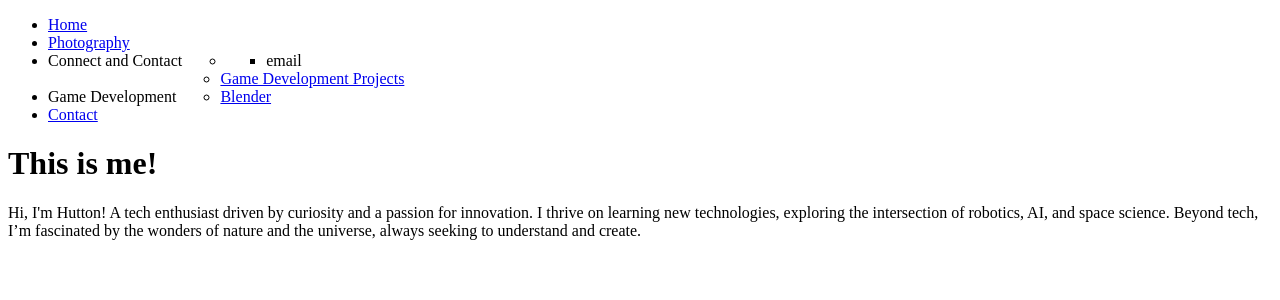
Repository: Argivist/ArgPortfolio
Page: index.html
An editor plug-in stored every save of this project. The page is shown before and after the next save, followed by the edit.
The browser window is 1280 px wide. The pictures show the whole page.

Above is the page before, as saved 2025-03-28 14:43:50.

### index.html
<!DOCTYPE html>
<html lang="en">

<head>
    <meta charset="UTF-8">
    <meta name="viewport" content="width=device-width, initial-scale=1.0">
    <link rel="stylesheet" href="css/styles.css">
    <link rel="stylesheet" href="css/nav.css">

    <title>Hutton Amison-Addy</title>
</head>

<body>
    <nav>
        <ul>
            <li><a href="index.html">Home</a></li>
            <li> <a href="https://www.instagram.com/theworldinoneseye/">Photography</a></li>
            <!-- contact -->
            <li>Connect and Contact
                <ul class="dropdown">
                    <li class="dropdown-content"><a href="https://www.linkedin.com/in/hutton-amison-addy-7b1b3b1b1/">LinkedIn</a></li>
                    <li class="dropdown-content"><a href="https://www.github.com/Argivist">GitHub</a></li>
                    <li>
                        <ul class="dropdown">
                            <li >email</li>
                            <li class="dropdown-content"><a href="mailto:hutton.amison@ashesi.edu.gh">mail</a></li>
                            <li class="dropdown-content"><a href="mailto:huttonaaddy.public@gmail.com">mail</a></li>
                        </ul>
                    </li>
                </ul>
            </li>
            <li>
                Game Development
                <ul class="dropdown">
                    <li><a href="game/index.html">Game Development Projects</a></li>
                    <li><a href="blender/index.html">Blender</a></li>
                </ul>
            </li>
            <li><a href="contact.html">Contact</a></li>
        </ul>
    </nav>
    <div>
        <h1> This is me!</h1>
        <p class="desc">
            Hi, I'm Hutton! A tech enthusiast driven by curiosity and a passion for innovation. I thrive on learning new technologies, exploring the intersection of robotics, AI, and space science. Beyond tech, I’m fascinated by the wonders of nature and the universe, always seeking to understand and create.
        </p>
    </div>

</body>

</html>

### css/nav.css
/* .dropdown{
    position: relative;
    display: inline-block;
} */
/* .dropdown:hover .dropdown-content{
    display: block;
}
 */

.dropdown{
    position: relative;
    display: inline-block;
}
.dropdown:hover .dropdown-content{
    display: block;
}
.dropdown-content{
    display: none;
    position: absolute;
    background-color: #f9f9f9;
    min-width: 160px;
    box-shadow: 0px 8px 16px 0px rgba(0,0,0,0.2);
    z-index: 1;
}

Loaded but not shown: css/styles.css (no stored copy; drawn as an empty file)

After the next save:
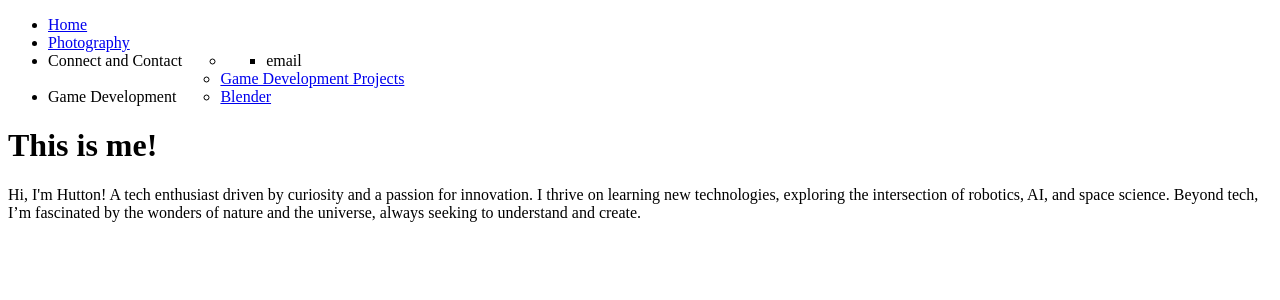
Saved 20 s later.
--- a/index.html
+++ b/index.html
@@ -36,7 +36,7 @@
                     <li><a href="blender/index.html">Blender</a></li>
                 </ul>
             </li>
-            <li><a href="contact.html">Contact</a></li>
+
         </ul>
     </nav>
     <div>
